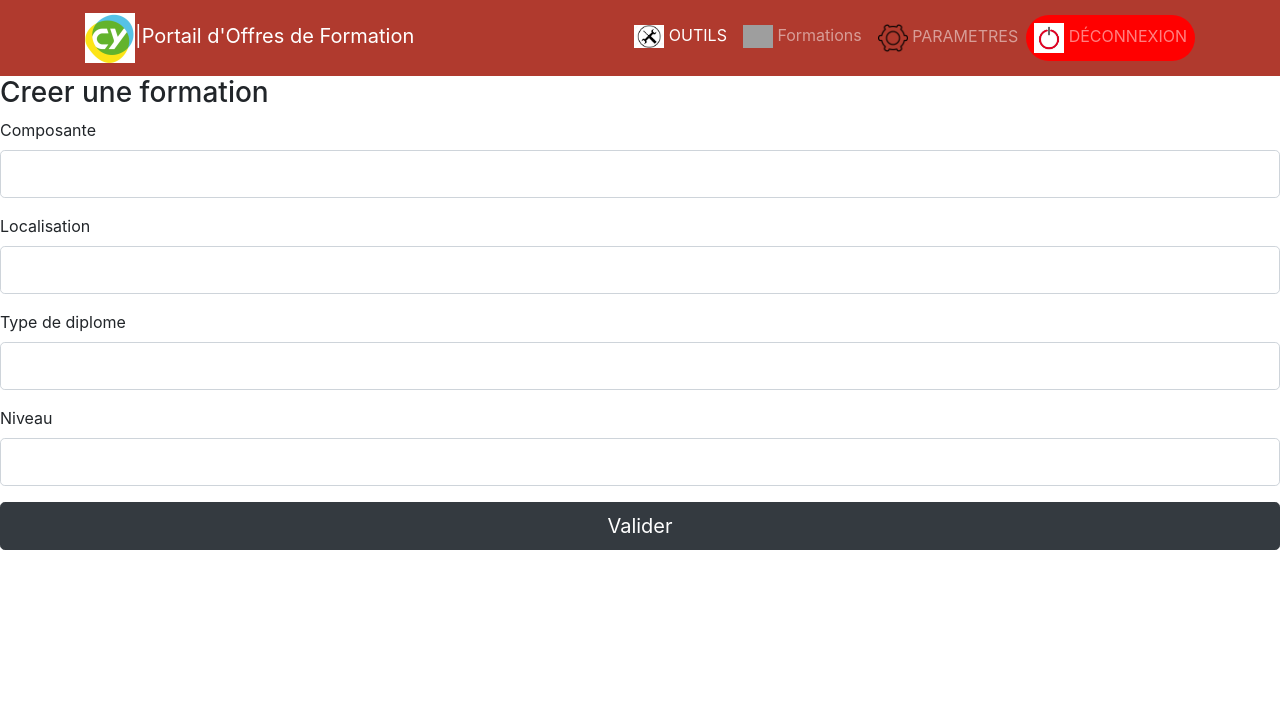
Repository: BaldeThierno1990/Projet-1-formation-tableau-generique-vue-export
Page: / (app in mcc/)
These files come from the project's save history. The page is drawn as it stood at one moment and after the next save; the edit follows.
The browser window is 1280 px wide. The pictures show the whole page.
Pictures or frames that could not be fetched are drawn as grey boxes. The project was rebuilt for these pictures with package versions that can differ from the ones it lists, and the page was loaded fresh each time.

Above is the page before, as saved 2021-03-29 11:07:10.

After the next save:
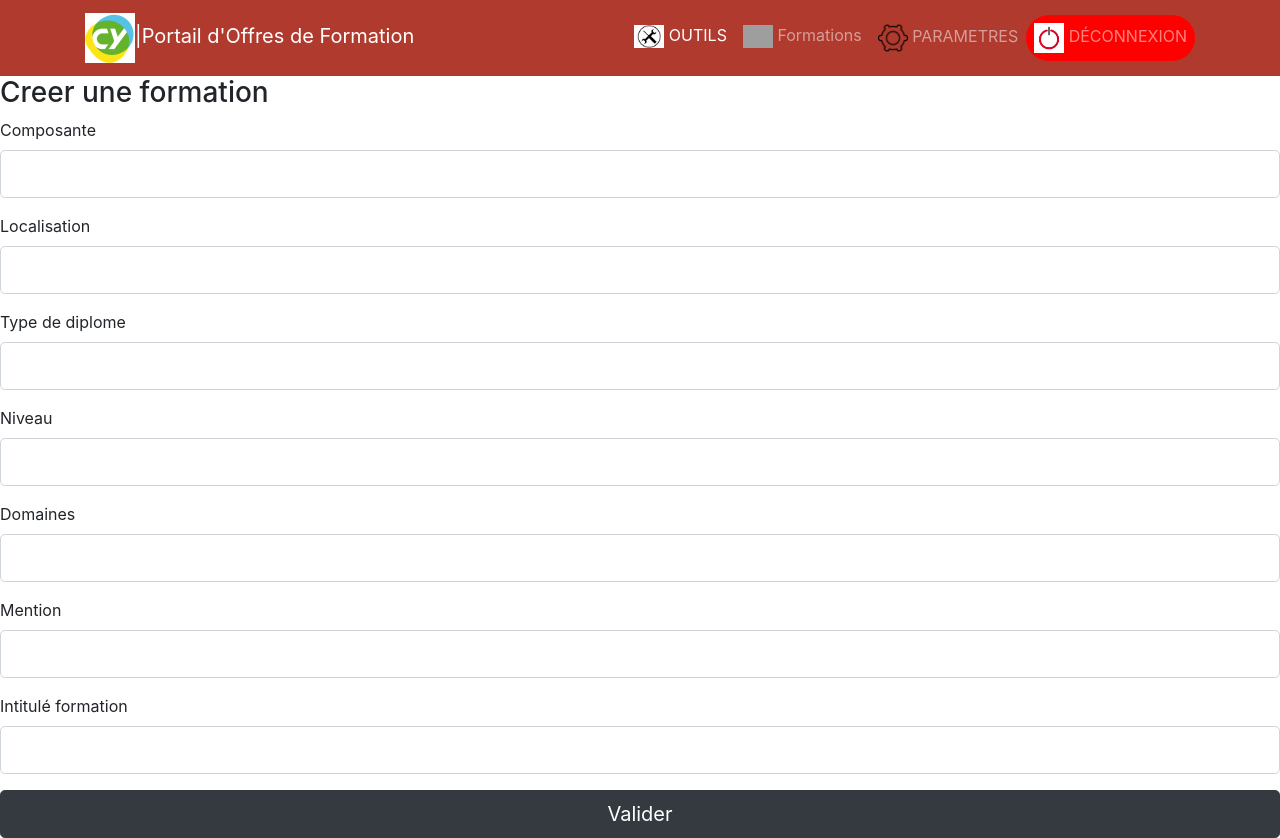
Saved 87 s later.
--- a/mcc/src/components/tableau/Creat-form.vue
+++ b/mcc/src/components/tableau/Creat-form.vue
@@ -19,6 +19,18 @@
             </div>
               <div class="form-group">
                 <label>Niveau</label>
+                <input type="niveau" class="form-control form-control-lg" />
+            </div>
+              <div class="form-group">
+                <label>Domaines</label>
+                <input type="domaine" class="form-control form-control-lg" />
+            </div>
+              <div class="form-group">
+                <label>Mention</label>
+                <input type="mention" class="form-control form-control-lg" />
+            </div>
+              <div class="form-group">
+                <label>Intitulé formation</label>
                 <input type="diplome" class="form-control form-control-lg" />
             </div>
 
